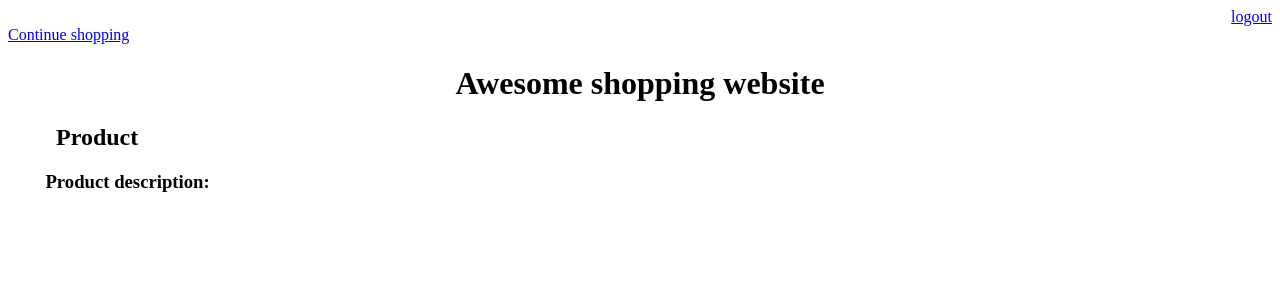
Repository: balu-sadanandan/demo-Shopping-cart-application
Page: http://localhost/shopping-cart/proddesc.jsp
An editor plug-in stored every save of this project. The page is shown before and after the next save, followed by the edit.
The browser window is 1280 px wide. The pictures show the whole page.
The page is served by Tomcat 9.

Above is the page before, as saved 2017-09-19 05:02:49.

After the next save:
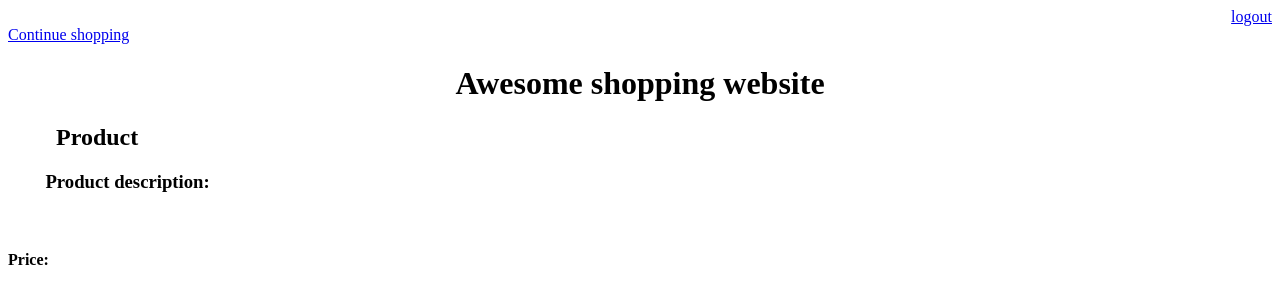
Saved 35 s later.
--- a/shopping-cart/WebContent/proddesc.jsp
+++ b/shopping-cart/WebContent/proddesc.jsp
@@ -24,6 +24,7 @@
     <h2>&nbsp;&nbsp;&nbsp;&nbsp;&nbsp;&nbsp;&nbsp;&nbsp;Product</h2>
     <h3>&nbsp;&nbsp;&nbsp;&nbsp;&nbsp;&nbsp;&nbsp;&nbsp;Product description:</h3>
     &nbsp;&nbsp;&nbsp;&nbsp;&nbsp;&nbsp;&nbsp;&nbsp;
+    <h4>Price:</h4>
 </div>
 
 
